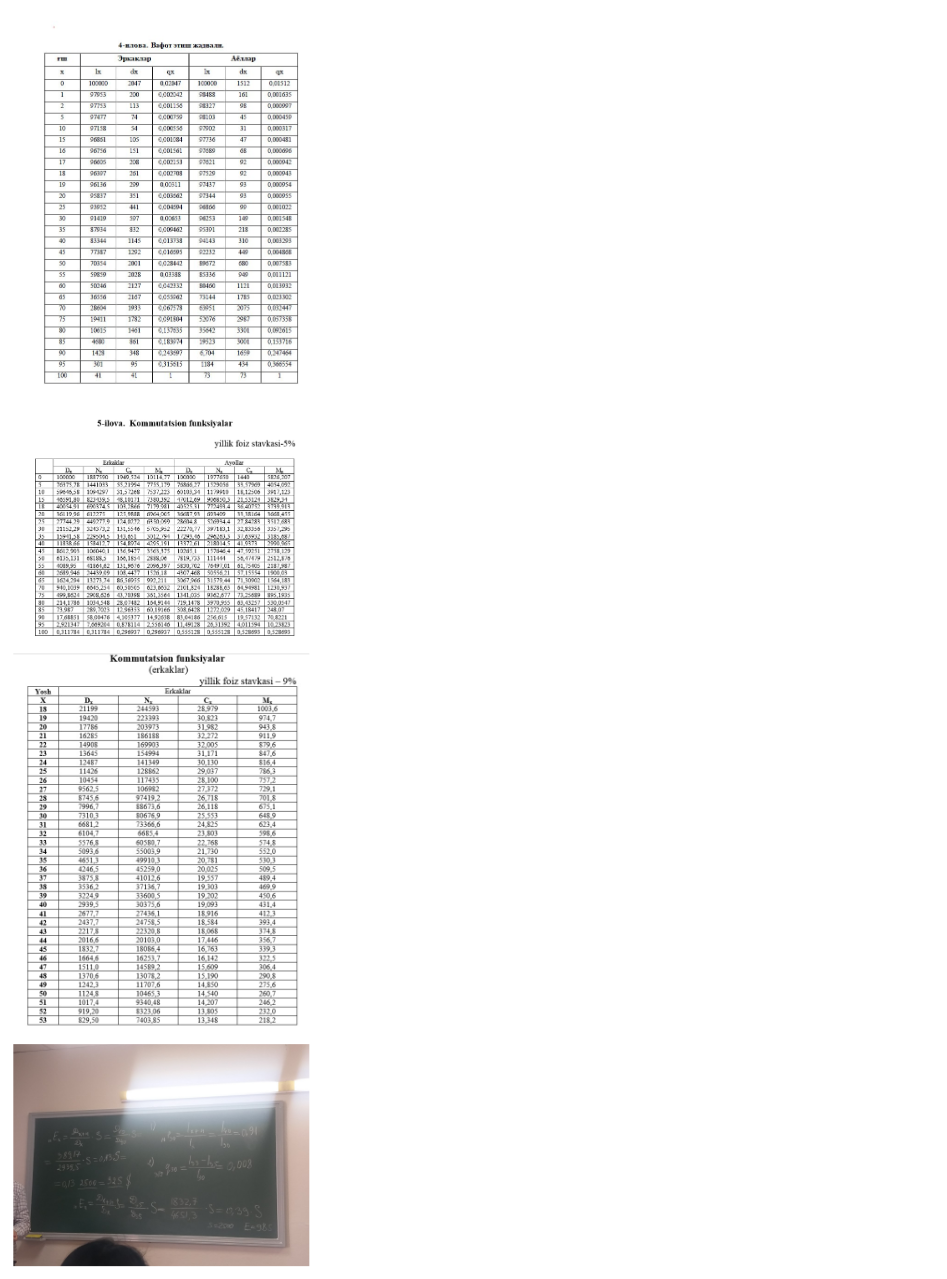
Repository: Ikromkhurozov/exam-inst
Page: index.html
These files come from the project's save history. The page is drawn as it stood at one moment and after a run of saves; the edit follows.
The browser window is 1280 px wide. The pictures show the whole page, at 74% of full size.

Above is the page before, as saved 2023-05-25 12:18:10.

After the next 3 saves:
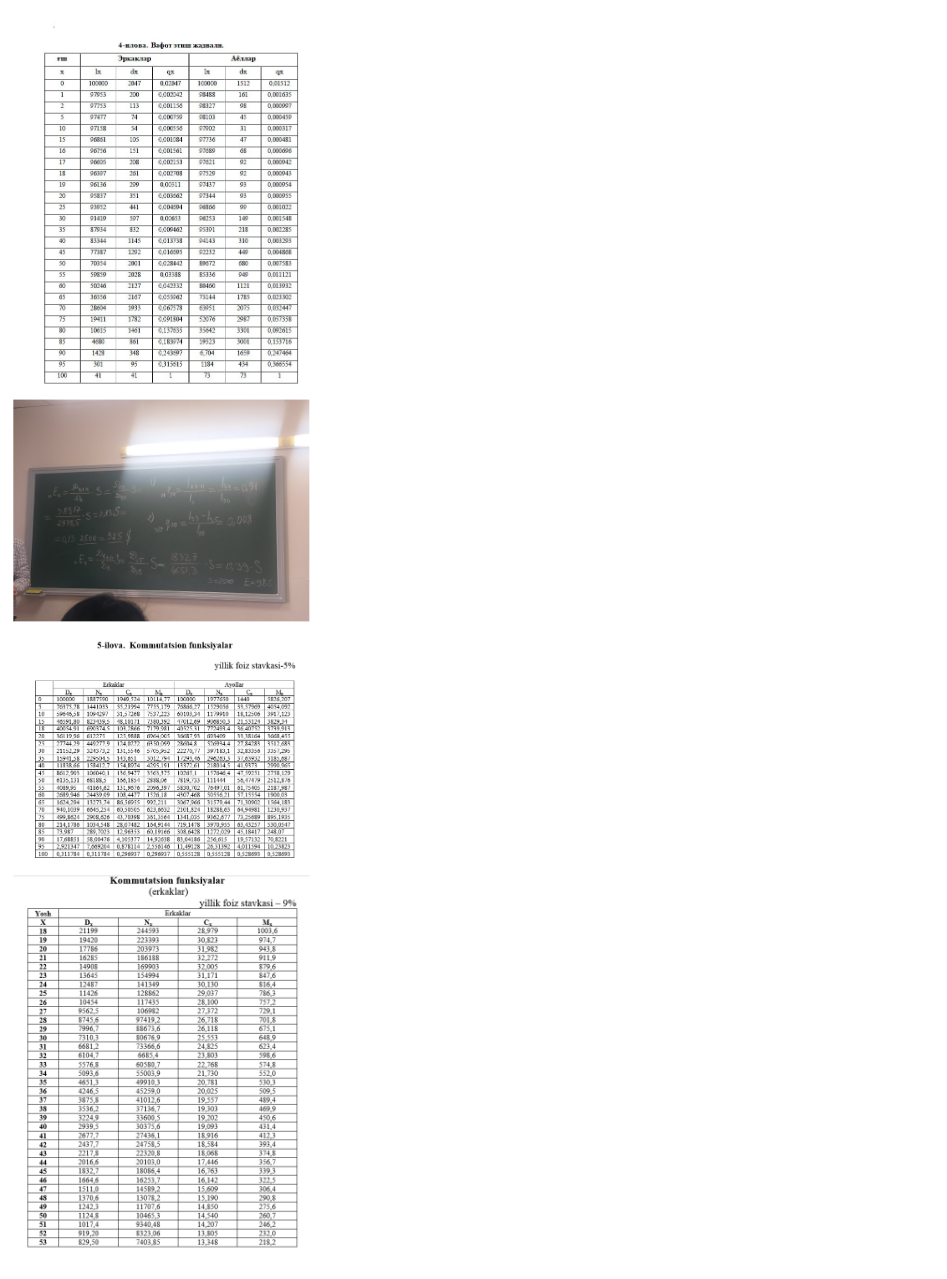
The 3 saves are shown as one change because they came seconds apart.
The last was saved 67 s later.
--- a/index.html
+++ b/index.html
@@ -26,10 +26,9 @@
 <body>
 
   <img src="/p1.jpg" alt="p1">
+  <img src="/p4.jpg" alt="p4">
   <img src="/p2.jpg" alt="p2">
   <img src="/p3.jpg" alt="p3">
-  <img src="/p4.jpg" alt="p4">
-
 
 </body>
 </html>
